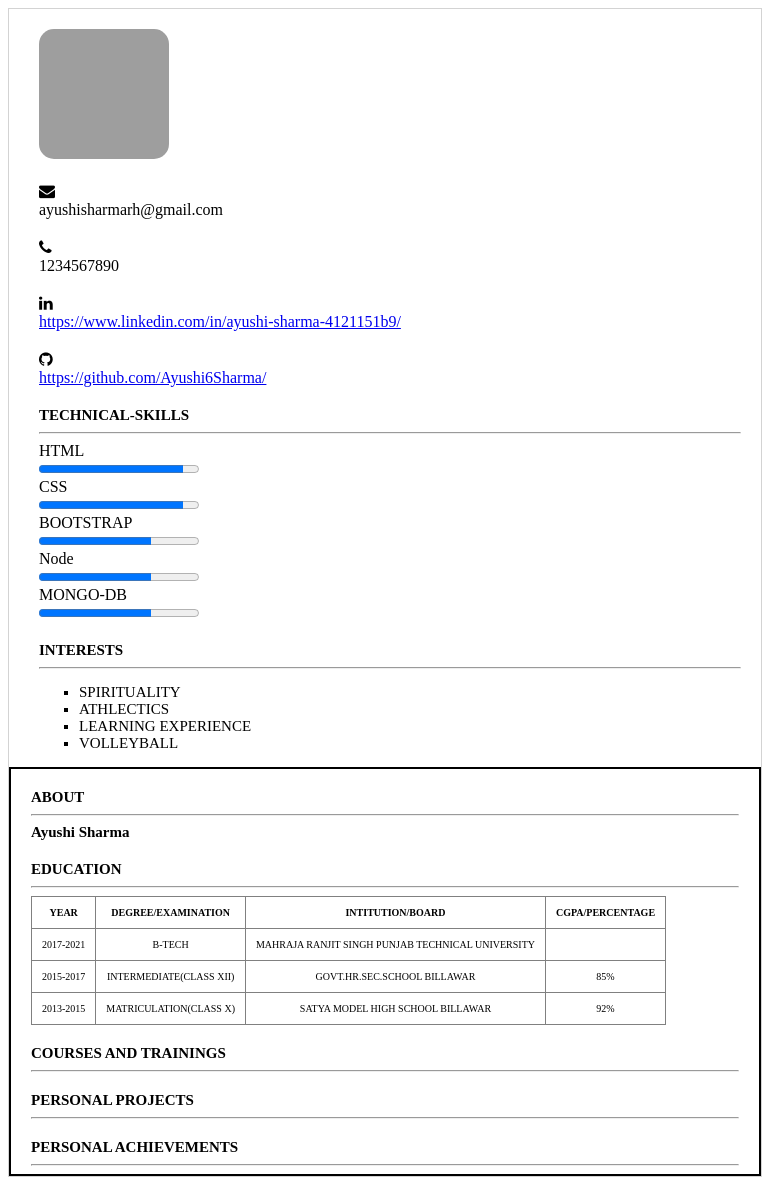
Repository: Ayushi6Sharma/Resume
Page: index.html
The author's editor kept a copy of each file at every save. The page is drawn from the files as they stood at one save, then again after the next save.
The browser window is 768 px wide. The pictures show the whole page.
Pictures or frames that could not be fetched are drawn as grey boxes.

Above is the page before, as saved 2022-05-04 12:49:53.

After the next save:
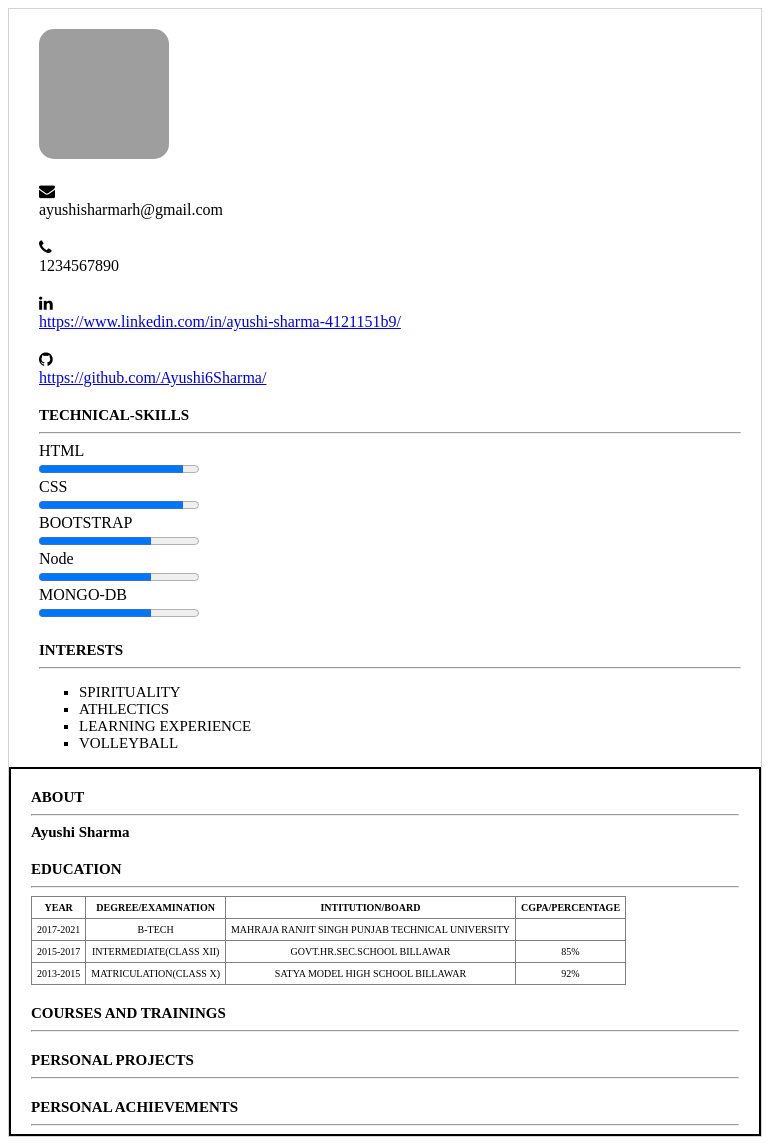
Saved 33 s later.
--- a/style.css
+++ b/style.css
@@ -96,7 +96,7 @@ table,th,td
     table,th,td
     {
         font-size: 10px;
-        /* padding: 5px; */
+        padding: 5px;
     }
 }
 @media only screen and (min-width:481px) and (max-width:768px)
